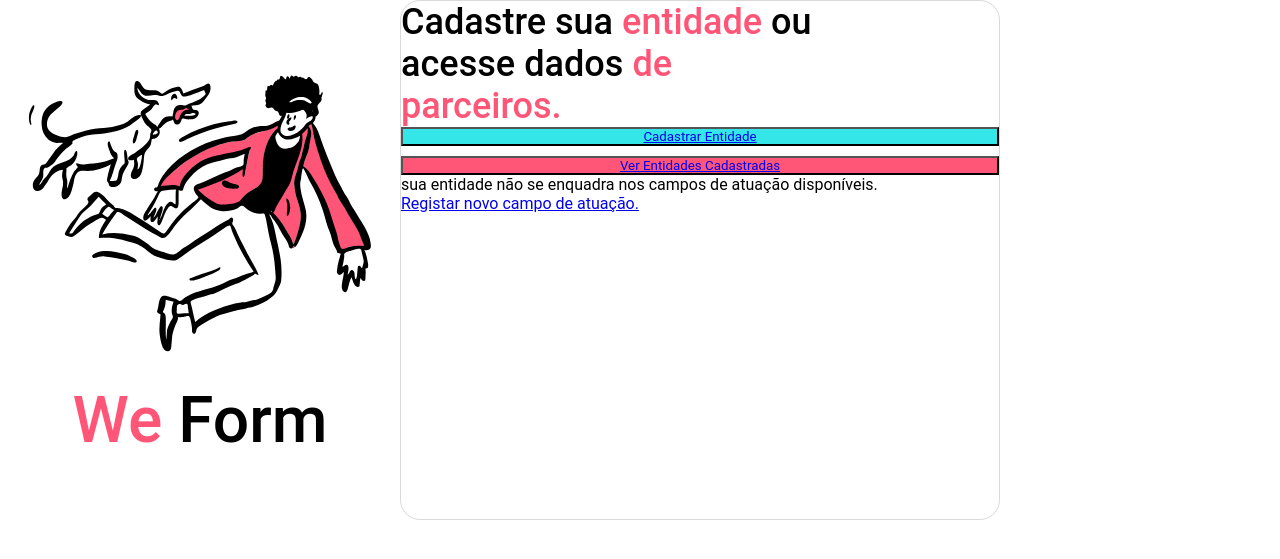
Repository: guilhermecardoso93/we-form
Page: index.html
An editor plug-in stored every save of this project. The page is shown before and after the next save, followed by the edit.
The browser window is 1280 px wide. The pictures show the whole page.

Above is the page before, as saved 2024-06-09 17:27:17.

After the next save:
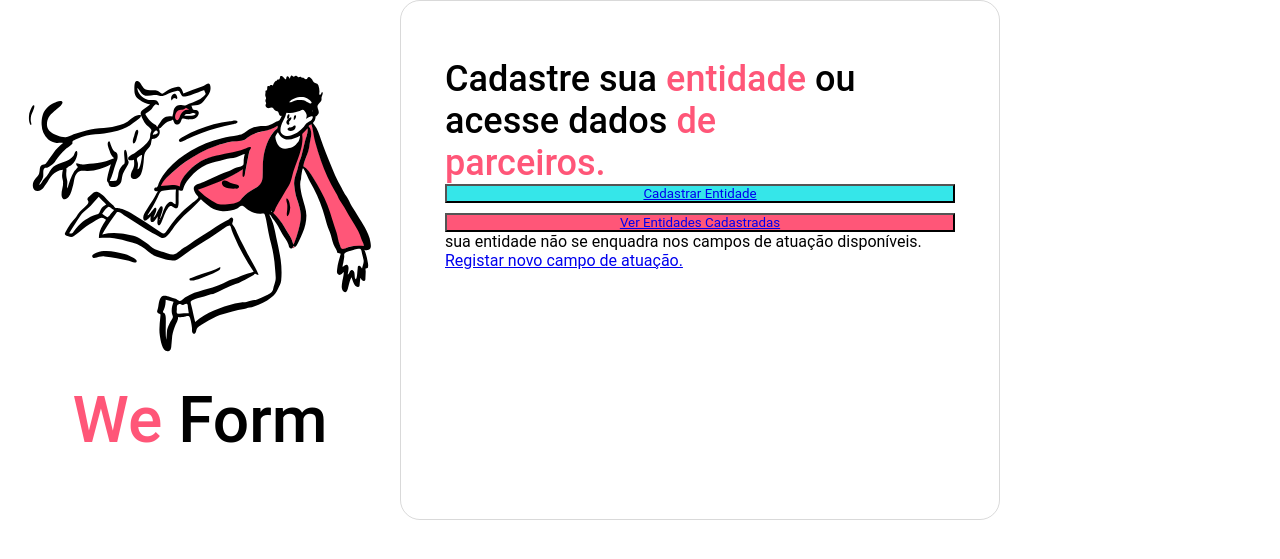
Saved 51 s later.
--- a/styles.css
+++ b/styles.css
@@ -46,6 +46,7 @@ main {
   height: 52rem;
   border: 1px solid rgba(0, 0, 0, 0.15);
   border-radius: 20px;
+  padding: 5.7rem 4.4rem;
 }
 
 main h2 {
@@ -61,9 +62,6 @@ main h2 {
   gap: 1rem
 }
 
-.buttons button {
-  font-style: none;
-}
 
 .buttons button {
   background-color: #35e6e9;
